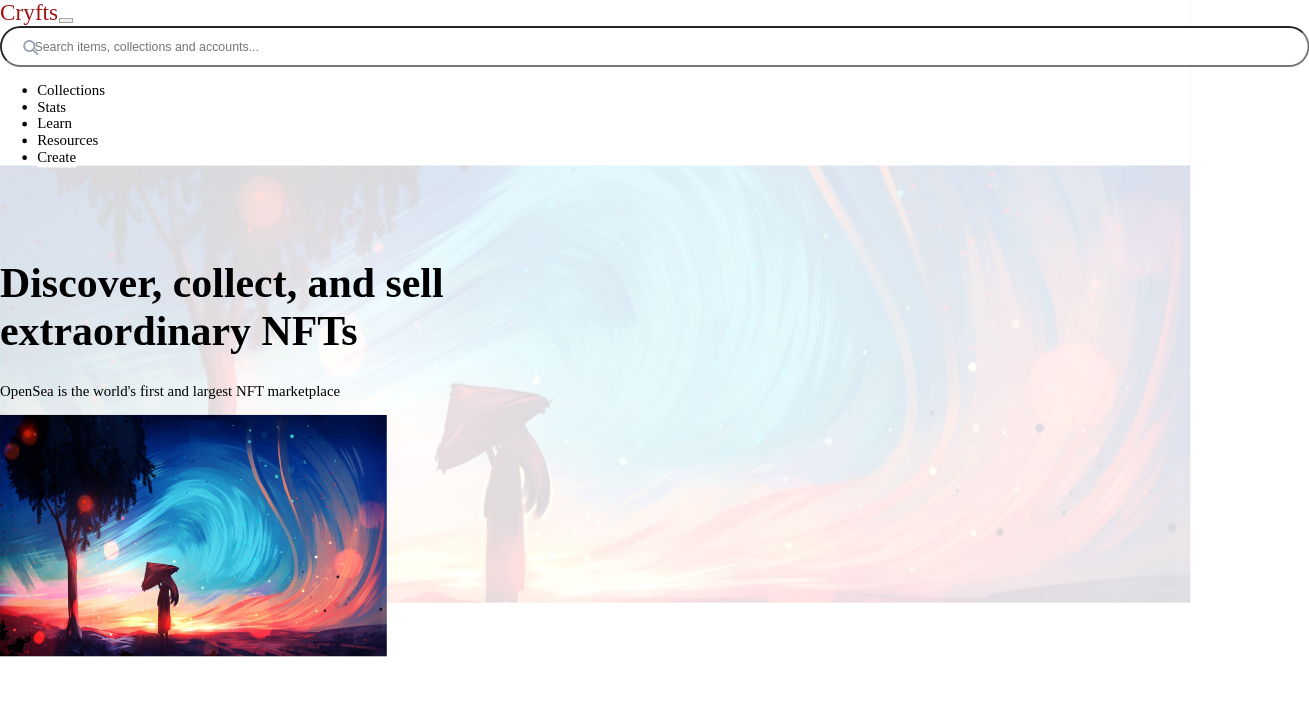
Repository: Huzaifa-2609/opensea_project
Page: /
These files come from the project's save history. The page is drawn as it stood at one moment and after the next save; the edit follows.
The browser window is 1280 px wide. The page is 1408 px wide, so the pictures cover 1408 px, including what lies to the right of the window. The pictures show the whole page, at 93% of full size.
Some web libraries are served in a nearby version. The project was rebuilt for these pictures with package versions that can differ from the ones it lists, and the page was loaded fresh each time. The framework's server and built-in components were replaced by stand-ins that run in the browser. Also part of the build but not shown: next.config.js, styles/Home.module.css.

Above is the page before, as saved 2022-07-09 18:54:22.

### pages/_app.js
import Navbar from '../components/Navbar'
import '../styles/globals.css'
import Head from "next/head"
import Script from 'next/script'
import "../styles/hero.css"
function MyApp({ Component, pageProps }) {
  return(
    <>
    <Script src="https://kit.fontawesome.com/30bda3e318.js" crossorigin="anonymous"></Script>
    <Script src="https://cdn.jsdelivr.net/npm/bootstrap@5.2.0-beta1/dist/js/bootstrap.bundle.min.js" integrity="sha384-pprn3073KE6tl6bjs2QrFaJGz5/SUsLqktiwsUTF55Jfv3qYSDhgCecCxMW52nD2" crossOrigin="anonymous"></Script>
    <Navbar title={"Cryfts"}/>
  <Component {...pageProps} />
  </>
  )
}

export default MyApp

### pages/_document.js
import { Html, Head, Main, NextScript } from 'next/document'

export default function Document() {
  return (
    <Html>
      <Head>
      <link href="https://cdn.jsdelivr.net/npm/bootstrap@5.2.0-beta1/dist/css/bootstrap.min.css" rel="stylesheet" integrity="sha384-0evHe/X+R7YkIZDRvuzKMRqM+OrBnVFBL6DOitfPri4tjfHxaWutUpFmBp4vmVor" crossOrigin="anonymous"/>
      </Head>
      <body>
        <Main />
        <NextScript />
      </body>
    </Html>
  )
}

### pages/index.js
import Head from 'next/head'
import Image from 'next/image'
import Hero from '../components/Hero'
import styles from '../styles/Home.module.css'

export default function Home() {
  return (
    <>
    <div>
      <Head>
        <title>Create Next App</title>
        <meta name="description" content="Generated by create next app" />
        <link rel="icon" href="/favicon.ico" />
      </Head>
         </div>
      <Hero/>
      </>
  )
}

### components/Navbar.js
import React from 'react'
import Link from 'next/link'
import { useRouter } from 'next/router'
const Navbar = (props) => {
  const location=useRouter();
  return (
    <div>
      <nav className="navbar shadow-sm fixed-top navbar-expand-lg navbar-light">
  <div className="container-fluid">
    <a className="navbar-brand text-color fw-bolder ml-2" href="/">{props.title}</a>
    <button className="navbar-toggler" type="button" data-bs-toggle="collapse" data-bs-target="#navbarSupportedContent" aria-controls="navbarSupportedContent" aria-expanded="false" aria-label="Toggle navigation">
      <span className="navbar-toggler-icon"></span>
    </button>

    <div className="collapse navbar-collapse" style={{width:"50%"}} id="navbarSupportedContent">

            <div className="row height d-flex justify-content-center align-items-center">

                <div className="form">
                  <i className="fa fa-search"></i>
                  <input type="text" className="form-control form-input" placeholder="Search items, collections and accounts..."/>
                </div>

            </div>


      <ul className="navbar-nav gap-4 m-auto mb-2 mb-lg-0 fw-bold" style={location.pathname==="/signup"?{visibility:"hidden"}:{}}>
      <li className="nav-item">
          <Link href="/collections/0x7132e1d414161A232c2027aE6C66D7914649bA66"><a className="nav-link " aria-current="page" >Collections</a></Link>
        </li>
        <li className="nav-item">
          <Link href="/"><a className="nav-link" aria-current="page" >Stats</a></Link>
        </li>
        <li className="nav-item">
          <Link href="/"><a className="nav-link " >Learn</a></Link>
        </li>

        <li className="nav-item dropdown">
          <Link href="/"><a className="nav-link dropdown-toggle pe-none"  id="navbarDropdown" role="button" data-bs-toggle="dropdown" aria-expanded="false">
            Resources
          </a></Link>
          <ul className="dropdown-menu" aria-labelledby="navbarDropdown">
            <li><Link href="/"><a className="dropdown-item" >Action</a></Link></li>
            <li><Link href="/"><a className="dropdown-item" >Another action</a></Link></li>
            <li><hr className="dropdown-divider"/></li>
            <li><Link href="/"><a className="dropdown-item" >Something else here</a></Link></li>
          </ul>
        </li>
        <li className="nav-item">
          <Link  href="/"><a className="nav-link">Create</a></Link>
        </li>
      </ul >
      {/* <form className="d-flex" role="search">
        <ul className="navbar-nav gap-3 media" style={location.pathname==="/signup"?{display:"none"}:{}}>
      <li className="nav-item float-right">
          <Link href="/login"><a className="nav-link"  >Sign in</a></Link>
    </li>
      <li className="nav-item mx-2">
    <Link href='/signup'><a className="btn btn1 btn-primary bd-color bg-color"  style={location.pathname==="/signup"?{display:"none"}:{}} type="submit">Get Started</a></Link>
    </li>
        </ul>
      </form> */}
    </div>
  </div>
</nav>
    </div>
  )
}

export default Navbar

### styles/globals.css
:root {
  --light: #9f1313;
  --dark: #8d1212;
}
html,
body {
  padding: 0;
  margin: 0;
  /* font-family: -apple-system, BlinkMacSystemFont, Segoe UI, Roboto, Oxygen,
    Ubuntu, Cantarell, Fira Sans, Droid Sans, Helvetica Neue, sans-serif; */
}

a {
  color: inherit;
  text-decoration: none;
}

* {
  box-sizing: border-box;
}
@media all and (min-width: 992px) {
  .navbar .nav-item .dropdown-menu{ display: none; }
  .navbar .nav-item .nav-link{ border-bottom:3px solid white;  }
  .navbar .nav-item:hover .nav-link{ border-bottom:3px solid var(--light);  }
  .navbar .nav-item:hover .dropdown-menu{ display: block; }
  .navbar .nav-item .dropdown-menu{ margin-top:0; }


}
@media all and (max-width: 992px){
  .pic{display: none;}
  .signup-cls{   margin-top: 15% !important;}
  .signin-cls .card{border:none; box-shadow: none !important;}
  .media{display: none;}
  .empass{flex-direction: column ;}
}

nav {
  /* border-bottom:1px solid #ede4e4; */
  background-color: white;
}
.comp1{
  width: 22rem;
  border: none;

}
.comp{
  margin: 90px 0px;
}
.text-color{
  color: var(--dark);
}
.bg-color{
  background-color: var(--dark);
}
.btn1:hover{
  background-color: var(--light);
  border-color: var(--dark);

}
.bd-color{
  border-color: var(--dark);
}
.navbar-light .navbar-brand{
  color: var(--dark);
}
.navbar-light .navbar-brand:hover{
  color: var(--light);
}
.navbar-brand{
  font-size: 25px;
}
.link-hover :hover{
  color: var(--dark);
}
.form-check-label-color{
  color: var(--dark);
}
.form-outline{
  width: 75%!important;
}
.form-control:focus {
  border-color: #ced4da;
  box-shadow: none!important;
}

/* Navbar search css */
.form{
  position: relative;

}

.form .fa-search{

  position: absolute;
  top:15px;
  left: 25px;
  color: #9ca3af;

}

.form span{

  position: absolute;
  right: 17px;
  top: 13px;
  padding: 2px;
  border-left: 1px solid #d1d5db;

}

.left-pan{
  padding-left: 7px;
}

.left-pan i{

 padding-left: 10px;
}

.form-input{
  width: 220%;
  height: 44px;
  text-indent: 33px;
  border-radius: 40px;
}

.form-input:focus{

  box-shadow: none;
  border:none;
}

### styles/hero.css
/* .body{
} */
/* .bg{
    background: url("../public/nftbg.jpg") no-repeat center center/cover;
} */
.bg::before{
    content: "";
    background:url("../public/nftbg.jpg") no-repeat center center/cover;
    position: absolute;
    height:90%;
    width:100%;
    z-index: -1;
    opacity: 0.15;
    top: 0px;
    left: 0px;
}

### components/Hero.js
import React from "react";
import Image from "next/image";
import img from "../public/nftbg.jpg";

const Hero = () => {
  const style = {
    background: img,
    marginTop: "100px",
    height:"70vh"
  };
  return (
    <>
      <div className="container d-flex justify-content-between bg align-items-center " style={style}>
        <div className="card mb-3 border-0 bg-transparent" style={{ width: "34rem"}}>
          <div className="card-body">
            <h1 className="card-title " style={{fontSize:"45px"}}>Discover, collect, and sell extraordinary NFTs</h1>
            <p className="card-subtitle text-muted mt-3 fs-2" >
            OpenSea is the world's first and largest NFT marketplace
            </p>
          </div>
        </div>
        <div className="card mb-3 border-0 " style={{ width: "26rem"}}>
          <Image src={img} className="card-img-top" alt="..." />
          {/* <div className="card-body">
            <h1 className="card-title">Discover, collect, and sell extraordinary NFTs</h1>
            <h3 className="card-subtitle text-muted mt-3">
            OpenSea is the world's first and largest NFT marketplace
            </h3>
          </div> */}
        </div>
      </div>
    </>
  );
};

export default Hero;

After the next save:
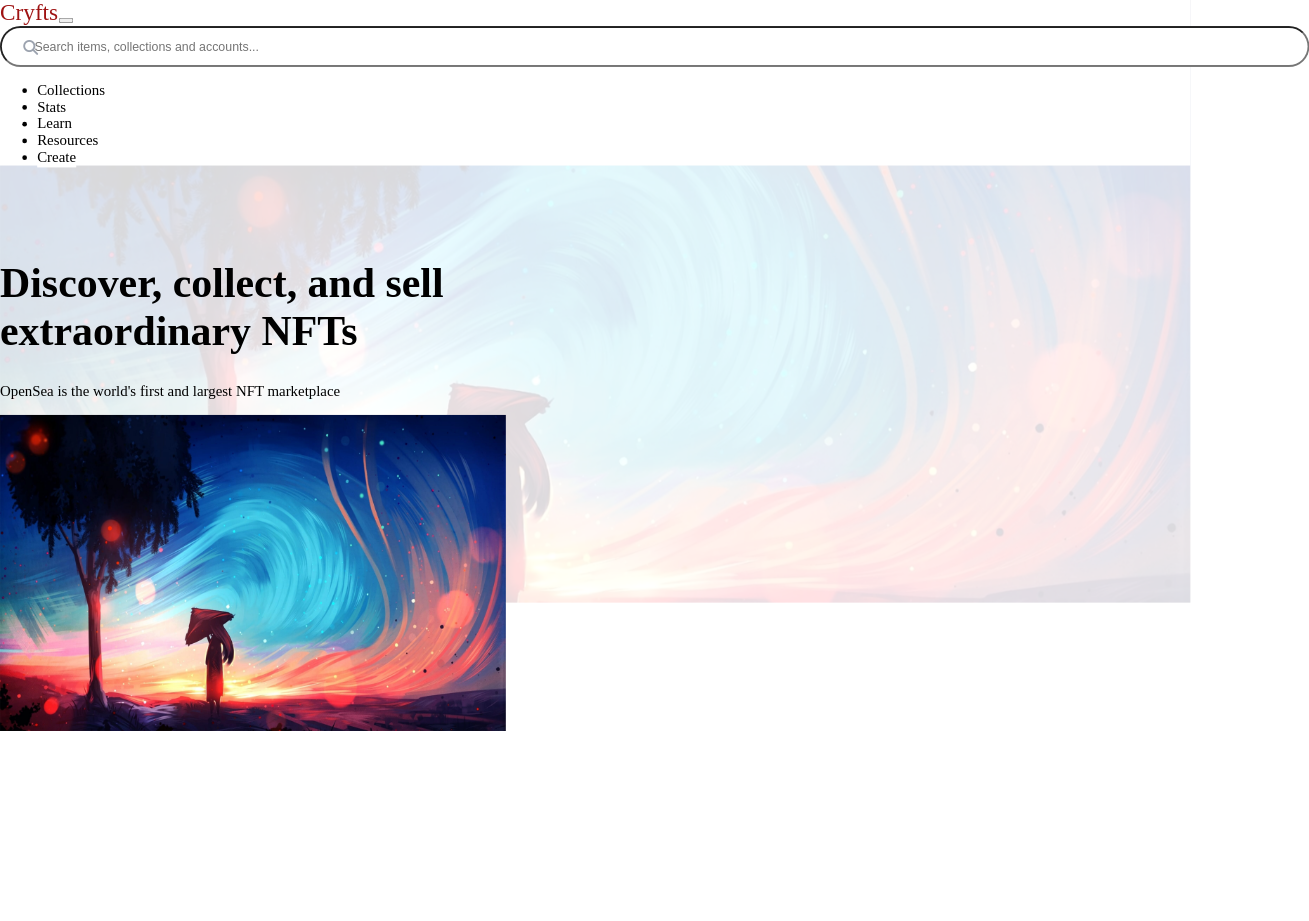
Saved 114 s later.
--- a/components/Hero.js
+++ b/components/Hero.js
@@ -19,7 +19,7 @@ const Hero = () => {
             </p>
           </div>
         </div>
-        <div className="card mb-3 border-0 " style={{ width: "26rem"}}>
+        <div className="card mb-3 border-0 " style={{ width: "34rem", height:"34rem"}}>
           <Image src={img} className="card-img-top" alt="..." />
           {/* <div className="card-body">
             <h1 className="card-title">Discover, collect, and sell extraordinary NFTs</h1>
